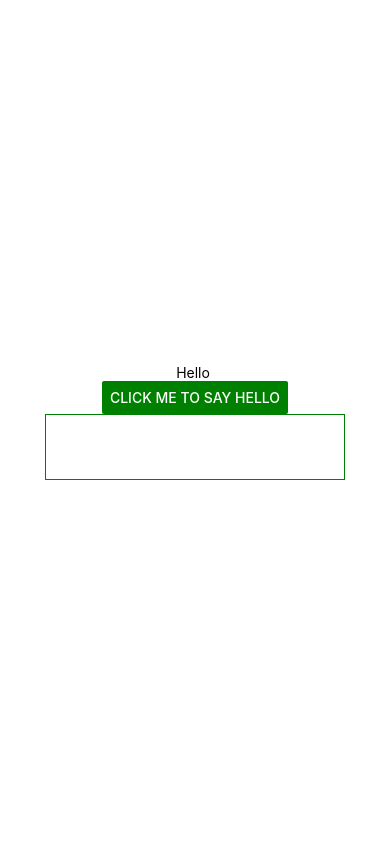
Repository: duongnoob23/WIND_SPEED_IOT
Screen: /
An editor plug-in stored every save of this project. The screen is shown before and after the next save, followed by the edit.
The app was drawn by React Native's web renderer in a window 390 px wide. The project was rebuilt for these pictures with package versions that can differ from the ones it lists, and the page was loaded fresh each time.

Above is the screen before, as saved 2025-03-10 15:41:02.

### App.tsx
import { StatusBar } from "expo-status-bar";
import { useState } from "react";
import { StyleSheet, Text, View, Button, TextInput } from "react-native";

export default function App() {
  const [count, setCount] = useState<number>(0);
  const [name, setName] = useState<string>("");
  const handleIncrease = () => {
    setCount(count + 1);
  };

  console.log(">>> check count", count);
  return (
    <View style={css.frontEnd}>
      <Text>Hello {name}</Text>
      <StatusBar style="auto" />
      <Button
        title="Click me to say hello"
        onPress={handleIncrease}
        color="green"
      />
      <TextInput
        multiline
        style={css.border}
        onChangeText={(e) => setName(e)}
        value={name}
      />
    </View>
  );
}

const css = StyleSheet.create({
  frontEnd: {
    flex: 1,
    backgroundColor: "white",
    display: "flex",
    justifyContent: "center",
    alignItems: "center",
  },

  border: {
    borderColor: "green",
    borderWidth: 1,
    width: 300,
    padding: 15,
  },
});

After the next save:
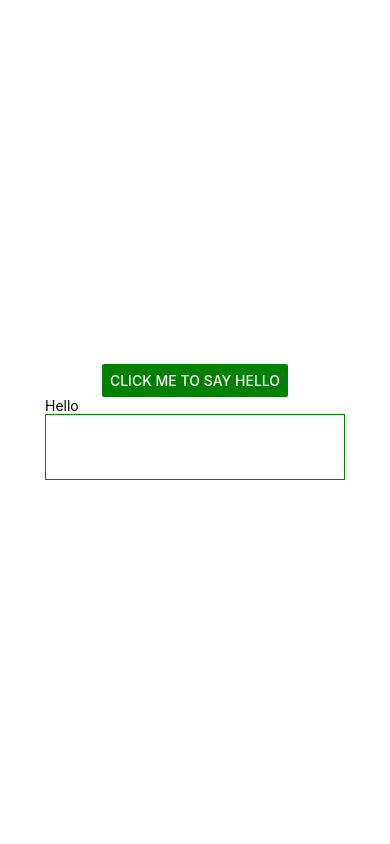
Saved 83 s later.
--- a/App.tsx
+++ b/App.tsx
@@ -12,19 +12,21 @@ export default function App() {
   console.log(">>> check count", count);
   return (
     <View style={css.frontEnd}>
-      <Text>Hello {name}</Text>
       <StatusBar style="auto" />
       <Button
         title="Click me to say hello"
         onPress={handleIncrease}
         color="green"
       />
-      <TextInput
-        multiline
-        style={css.border}
-        onChangeText={(e) => setName(e)}
-        value={name}
-      />
+      <View>
+        <Text>Hello {name}</Text>
+        <TextInput
+          multiline
+          style={css.border}
+          onChangeText={(e) => setName(e)}
+          value={name}
+        />
+      </View>
     </View>
   );
 }
